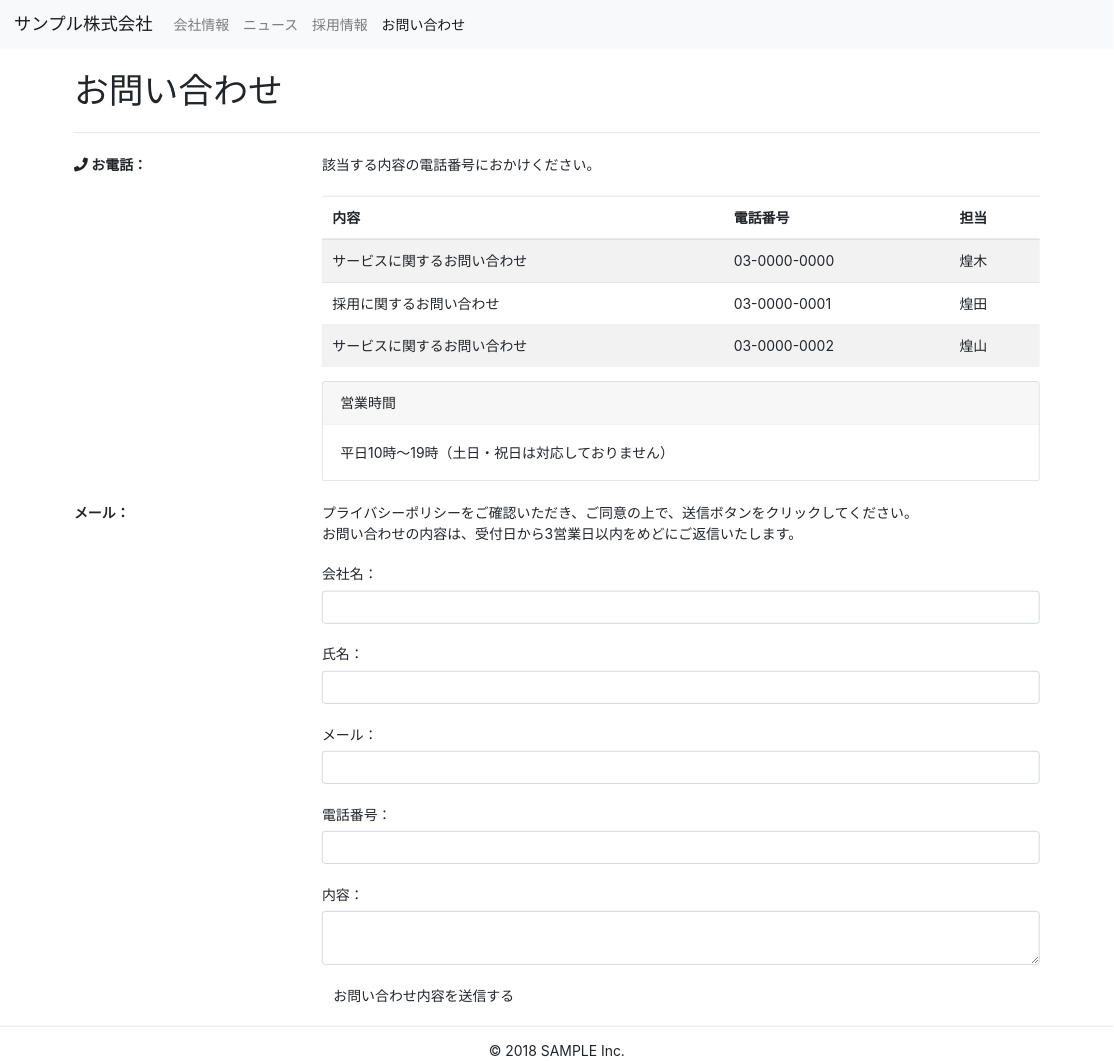
Repository: yoony212/frontend
Page: contact.html
The author's editor kept a record of every edit. The page is drawn from the files as they stood at one moment, then again after the next edit.
The browser window is 1280 px wide. The pictures show the whole page, at 87% of full size.

Above is the page before.

After the next edit:
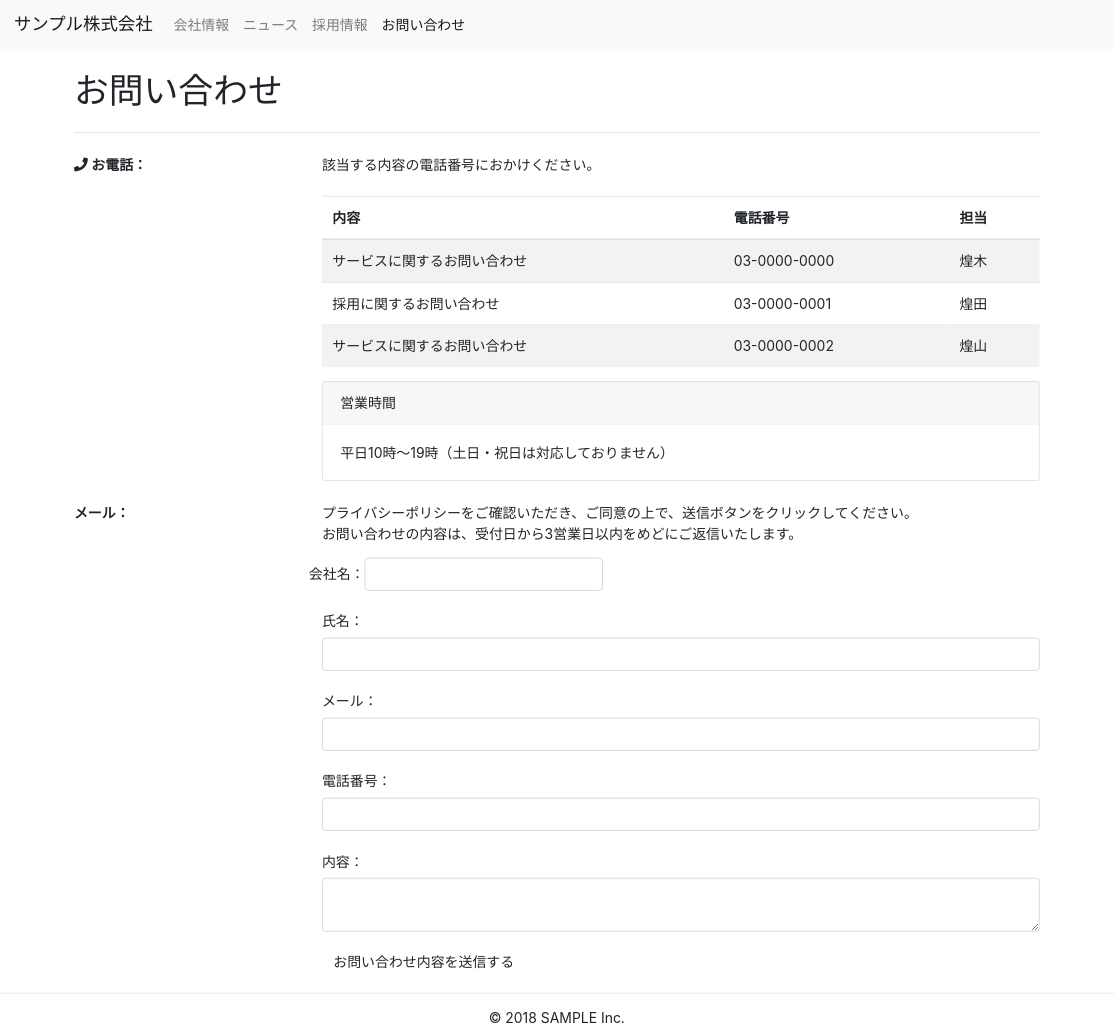
The edit:
--- a/contact.html
+++ b/contact.html
@@ -107,7 +107,7 @@
                 </p>
                 <form action="complete.html">
                     <!-- ラベルとフォーム部品を並べるためにグリッドを使う指定を追加 -->
-                    <div class="form-group">
+                    <div class="form-group row">
                         <!-- 576px以上の画面幅のとき、ラベルは3つ分のカラム幅で表示する指定を追加 -->
                         <label class="col-form-label">会社名：</label>
 
